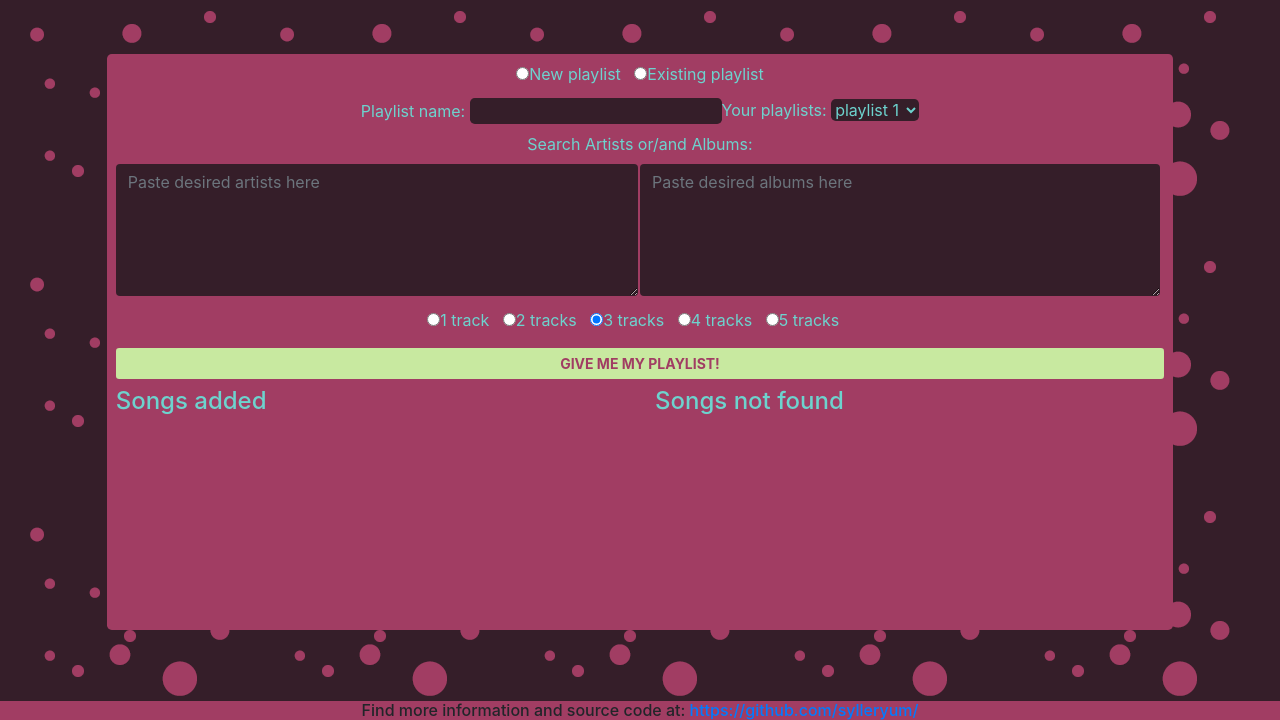
Repository: sylleryum/Frontend
Page: GetTopTracks/index.html
The author's editor kept a copy of each file at every save. The page is drawn from the files as they stood at one save, then again after a run of saves.
The browser window is 1280 px wide. The pictures show the whole page.

Above is the page before, as saved 2019-10-13 18:30:37.

After the next 2 saves:
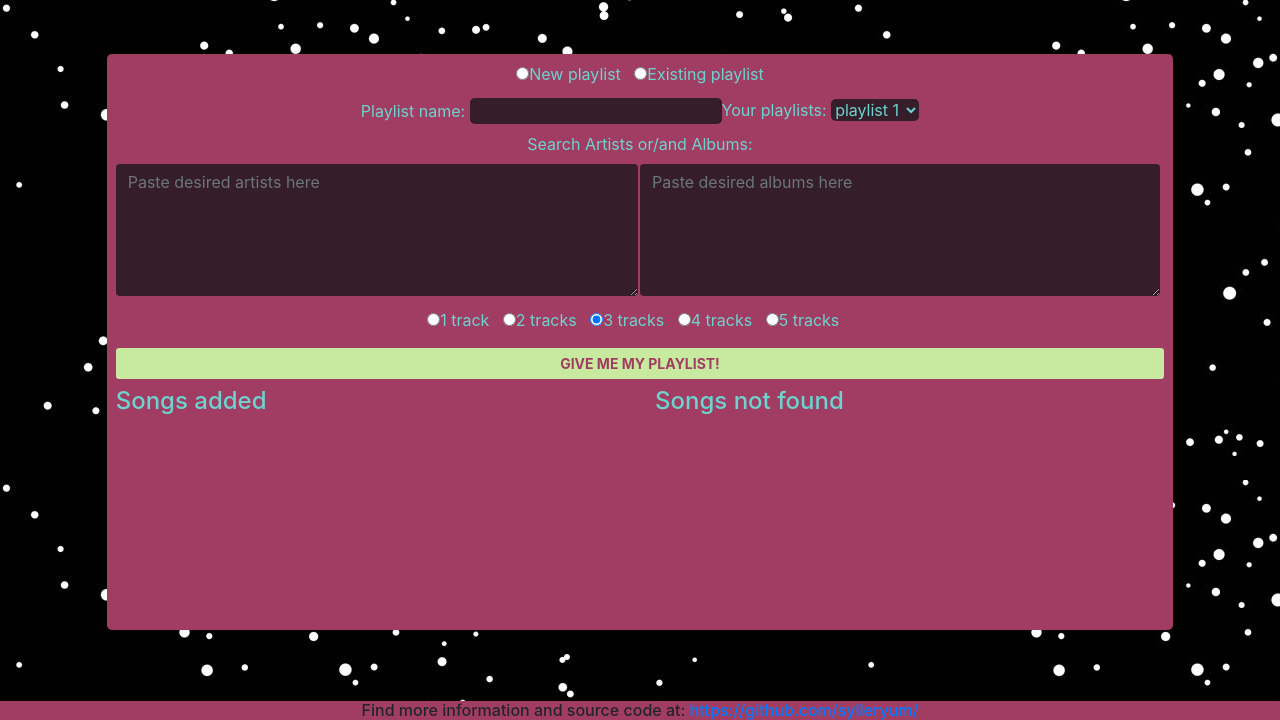
The 2 saves are shown as one change because they came seconds apart.
The last was saved 20 min 3 s later.
--- a/GetTopTracks/style.css
+++ b/GetTopTracks/style.css
@@ -5,7 +5,7 @@
 }
 
 .background-master {
-     background: url(images/bb.png) repeat;
+     background: url(images/back.jpg) repeat;
 }
 
 button:hover {
